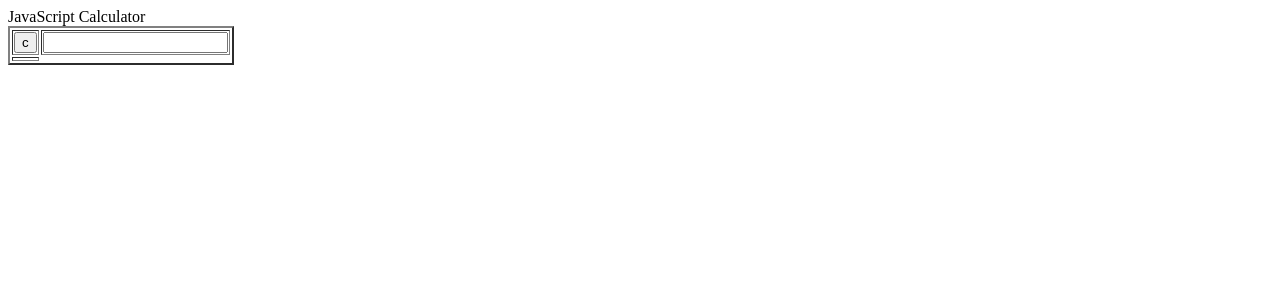
Repository: spidero7/Simple-Calculator
Page: index.html
These files come from the project's save history. The page is drawn as it stood at one moment and after a run of saves; the edit follows.
The browser window is 1280 px wide. The pictures show the whole page.

Above is the page before, as saved 2021-09-15 06:48:24.

### index.html
<!DOCTYPE html>
<html lang="en">
<head>
    <meta charset="UTF-8">
    <meta http-equiv="X-UA-Compatible" content="IE=edge">
    <meta name="viewport" content="width=device-width, initial-scale=1.0">
    <title>Calculator</title>
    <link rel="stylesheet" href="style.css">
</head>
<body>
    <div class="title">JavaScript Calculator</div>
    <table border="2">
        <tr>
            <td><input type="button" value="c" onclick="clr()"/></td>
            <td colspan="3"><input type="text" id="textvalue"/></td>
        </tr>
        <tr>
            <td
        </tr>
    </table>
    <script src="app.js"></script>
</body>
</html>

Loaded but not shown: app.js (no copy from this time; the picture is the same without it); style.css (no copy from this time; the picture is the same without it)

After the next 3 saves:
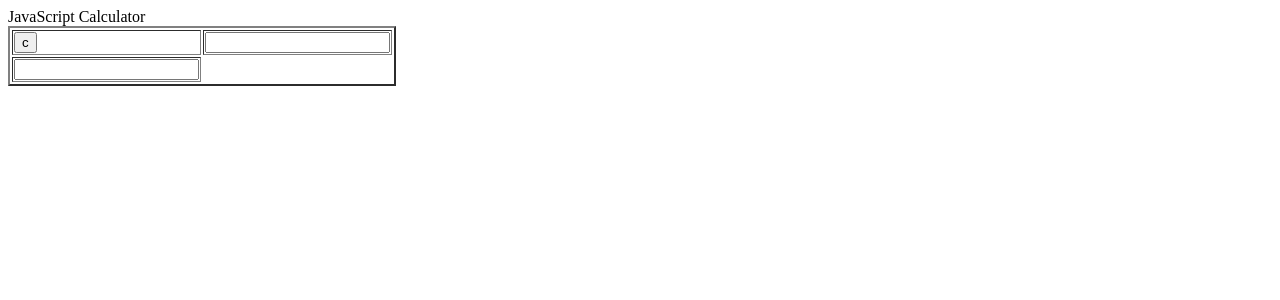
The 3 saves are shown as one change because they came seconds apart.
The last was saved 7 s later.
--- a/index.html
+++ b/index.html
@@ -15,7 +15,7 @@
             <td colspan="3"><input type="text" id="textvalue"/></td>
         </tr>
         <tr>
-            <td
+            <td><input type=</td>
         </tr>
     </table>
     <script src="app.js"></script>
